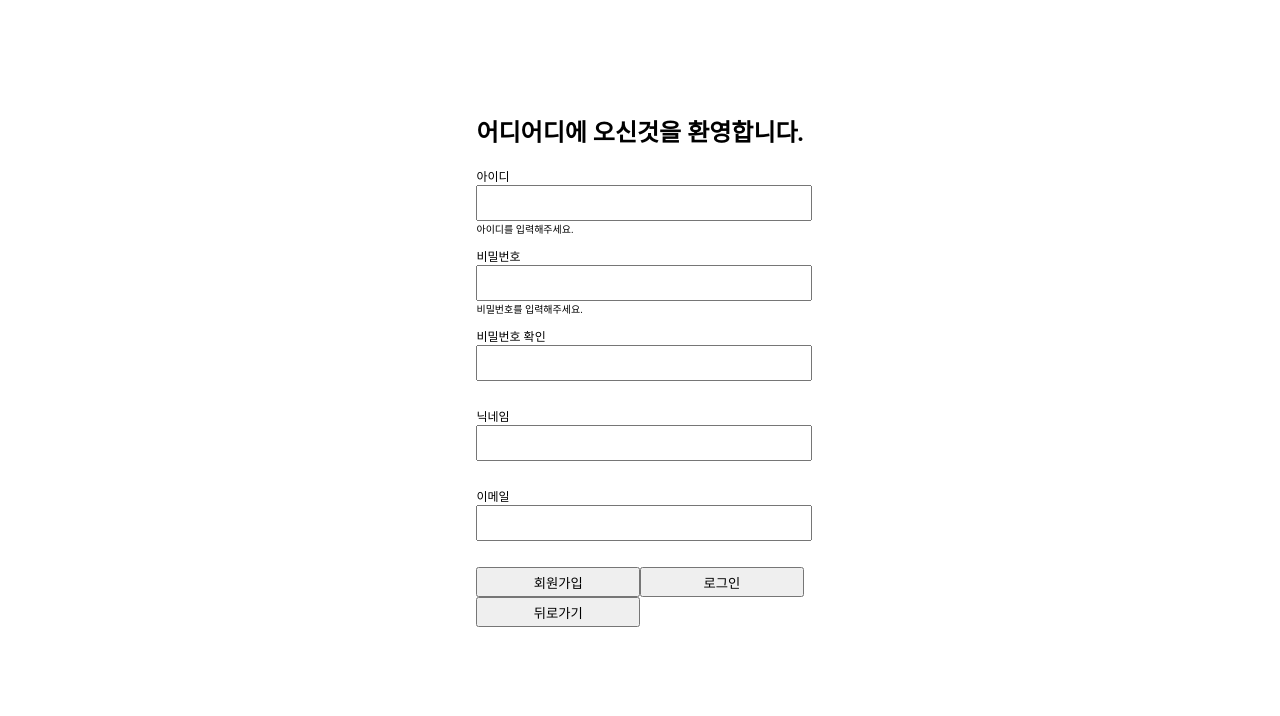
Repository: zzangyu/koreanFoodsProject
Page: http://localhost/koreanFoodsProject/koreanFoods/signUp.jsp
An editor plug-in stored every save of this project. The page is shown before and after the next save, followed by the edit.
The browser window is 1280 px wide. The pictures show the whole page.
The page is served by Tomcat 9.

Above is the page before, as saved 2022-12-29 07:19:46.

After the next save:
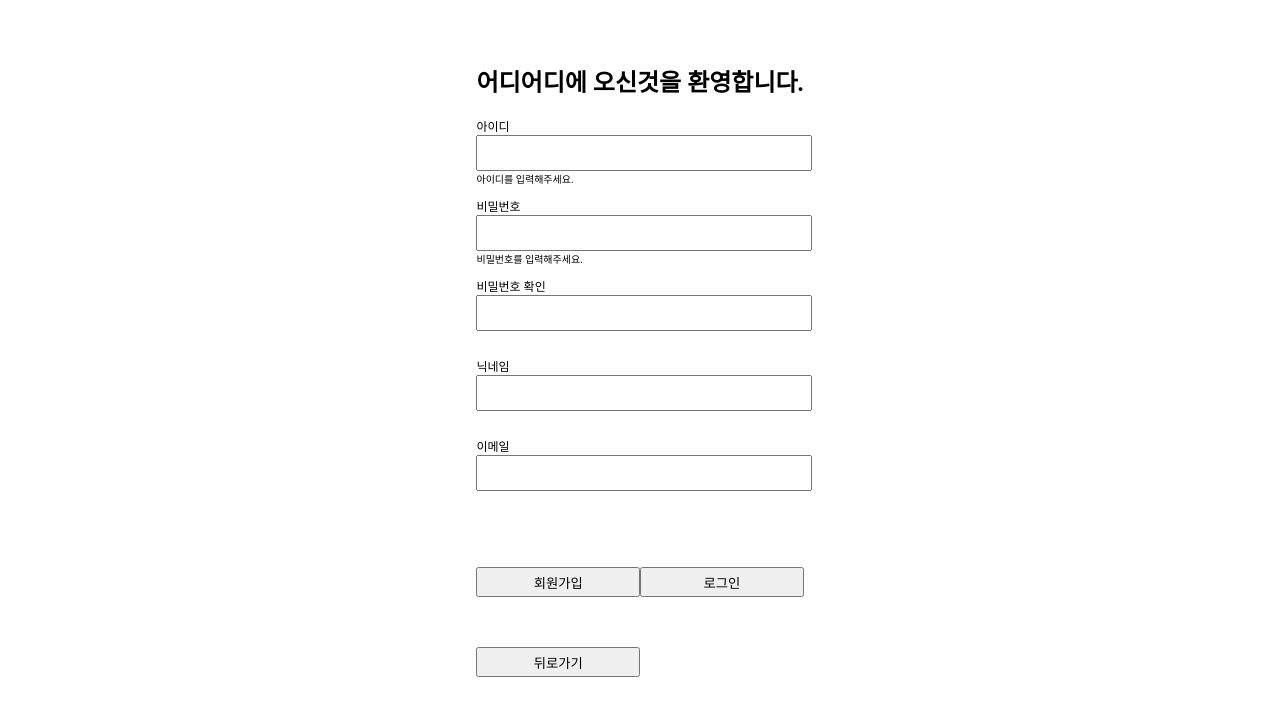
Saved 13 s later.
--- a/koreanFoodsProject/src/main/webapp/koreanFoods/css/kFoods.css
+++ b/koreanFoodsProject/src/main/webapp/koreanFoods/css/kFoods.css
@@ -41,4 +41,5 @@ a {
 .signUp_button {
 	width: 50%;
 	height: 30px;
+	margin-top: 50px;
 }
